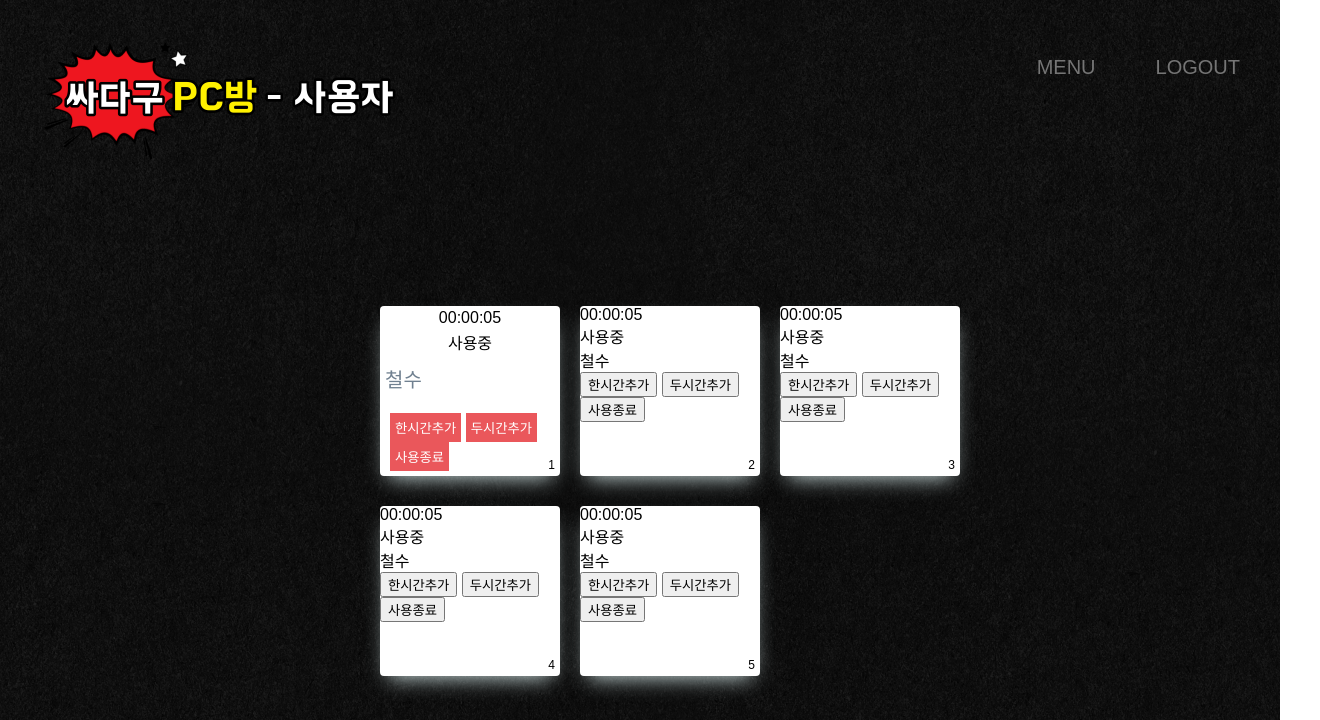
Repository: lkwoung/webProject-assignment
Page: http://localhost/CheapPC/userSeat.jsp
These files come from the project's save history. The page is drawn as it stood at one moment and after the next save; the edit follows.
The browser window is 1280 px wide. The page is 1320 px wide, so the pictures cover 1320 px, including what lies to the right of the window. The pictures show the whole page.
Some web fonts or font styles are not loaded; a fallback is used. The page is served by Tomcat 9.

Above is the page before, as saved 2020-12-13 13:20:35.

After the next save:
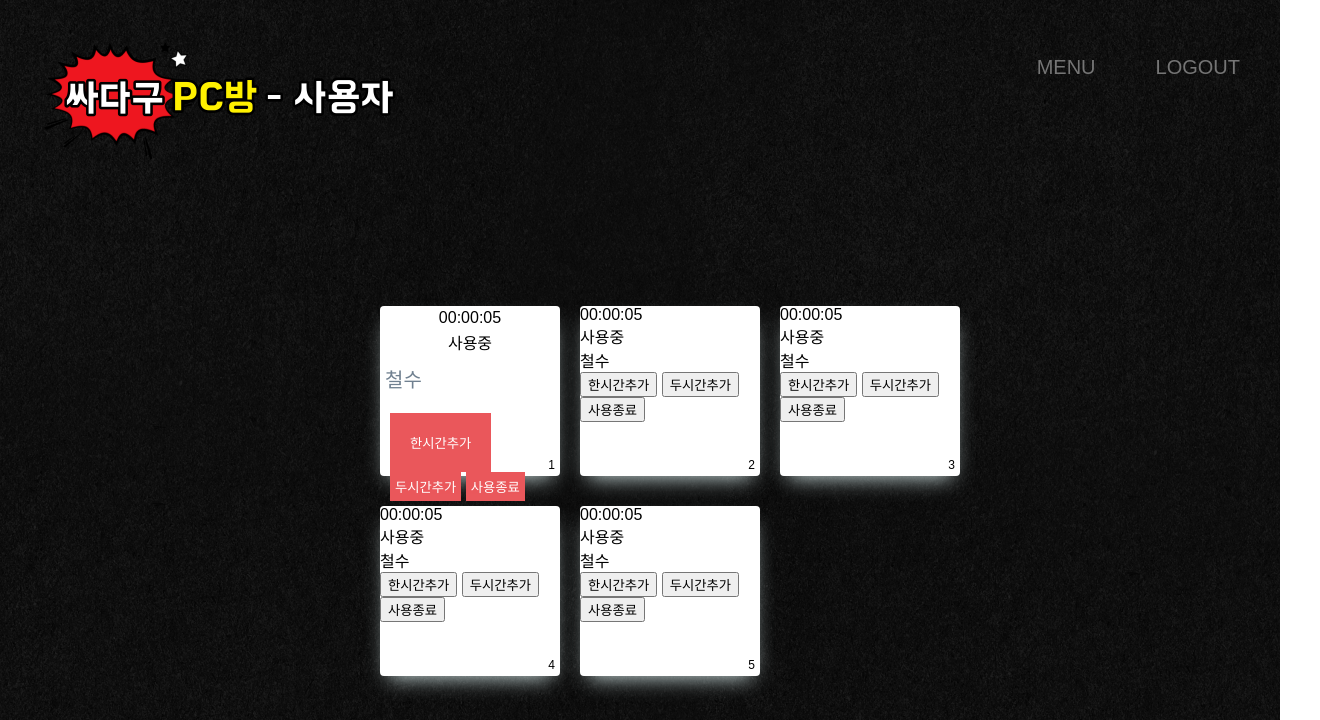
Saved 20 s later.
--- a/CheapPC/WebContent/userSeat.jsp
+++ b/CheapPC/WebContent/userSeat.jsp
@@ -35,7 +35,7 @@
          <div id="0-user" style="padding-left:5px; font-size:20px; color:#708090; padding-bottom:20px;"> </div>
          <div class="0buttons" style="top:20%; padding-left:10px; ">
 
-         <input type="button" style="background:#EA575B; left:30%; color:#fff;border:none; font-family:'Hanna', sans-serif;padding:5px;"onclick="fncAddTime(0,3600);" value="한시간추가"/>
+         <input type="button" style="background:#EA575B; color:#fff;border:none; font-family:'Hanna', sans-serif;padding:20px;"onclick="fncAddTime(0,3600);" value="한시간추가"/>
          <input type="button" style="background:#EA575B; color:#fff;border:none; font-family:'Hanna', sans-serif;padding:5px;"onclick="fncAddTime(0,7200);" value="두시간추가"/>
          <input type="button" style="background:#EA575B; color:#fff;border:none; font-family:'Hanna', sans-serif;padding:5px;"onclick="fucEndTimer(0);" value="사용종료"/>
          </a>
